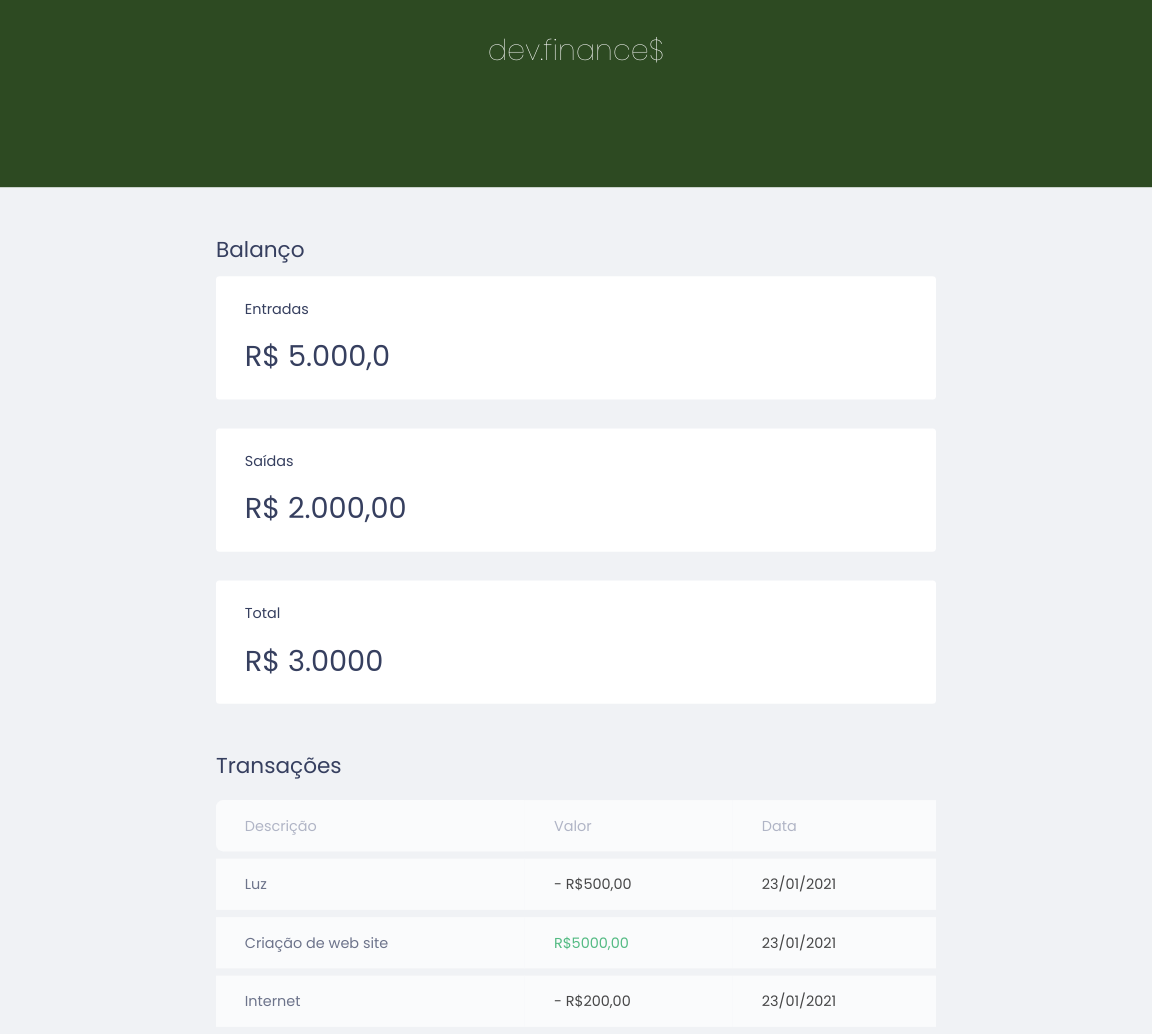
Repository: rafaelmgr12/maratona-dev01
Page: index.html
An editor plug-in stored every save of this project. The page is shown before and after the next save, followed by the edit.
The browser window is 1280 px wide. The pictures show the whole page, at 90% of full size.

Above is the page before, as saved 2021-04-26 21:02:12.

### index.html
<!DOCTYPE html>
<html lang="pt-br">
  <head>
    <meta charset="UTF-8" />
    <meta http-equiv="X-UA-Compatible" content="IE=edge" />
    <meta name="viewport" content="width=device-width, initial-scale=1.0" />
    <title>Rafael-app.finance$</title>
    <link rel="stylesheet" href="style.css">
    <link rel="preconnect" href="https://fonts.gstatic.com">
    <link href="https://fonts.googleapis.com/css2?family=Poppins:ital,wght@0,100;0,400;0,700;1,100;1,400;1,700&display=swap" rel="stylesheet">
  </head>
  <body>
    <header><h1 id = "logo">dev.finance$</h1></header>
    <main class = "container">
      <section id="balance">
        <h2>Balanço</h2>
        <div class = "card">
          <h3>Entradas</h3>
          <p>R$ 5.000,0</p>
        </div>
        <div class = "card">
          <h3>Saídas</h3>
          <p>R$ 2.000,00</p>
        </div>
        <div class="card">
          <h3>Total</h3>
          <p>R$ 3.0000</p>
        </div>
      </section>
      <section id = "transaction">
        <h2>Transações</h2>
        <table id= "data-table">
          <thead>
            <tr>
              <th>Descrição</th>
              <th>Valor</th>
              <th>Data</th>
            </tr>
          </thead>
          <tbody>
            <tr>
              <td class = "description">Luz</td>
              <td class = "expense">- R$500,00</td>
              <td class = "date">23/01/2021</td>
            </tr>
            <tr>
              <td class = "description">Criação de web site</td>
              <td class = "income">R$5000,00</td>
              <td class = "date">23/01/2021</td>
            </tr>
            <tr>
              <td class = "description">Internet</td>
              <td class = "expense">- R$200,00</td>
              <td class = "date">23/01/2021</td>
            </tr>
          </tbody>
        </table>
      </section>
    </main>
    <footer></footer>
  </body>
</html>

### style.css
/* Global ======================================== */
:root {
  --dark-blue: #363f5f;
}
* {
  margin: 0;
  padding: 0;
  box-sizing: border-box;
}

body {
  background: #f0f2f5;
  font-family: "Poppins", sans-serif;
}
.container {
  width: min(90vw, 800px);
  margin: auto;
}
/* Titles ======================================== */
h2 {
  margin-top: 3.2rem;
  margin-bottom: 0.8rem;
  color: var(--dark-blue);

  font-weight: normal;
}

/* Header ======================================== */
header {
  background: #2d4a22;
  padding: 2rem 0 8rem;
  text-align: center;
}

#logo {
  color: #fff;
  font-weight: 100;
}

/* Balance ======================================== */
balance {
  margin-top: -8rem;
}

balance h2 {
  color: white;
  margin-top: 0;
}

/* Cards ======================================== */

.card {
  background: white;
  padding: 1.5rem 2rem;
  border-radius: 0.25rem;

  margin-bottom: 2rem;

  color: var(--dark-blue);
}

.card h3 {
  font-weight: normal;
  font-size: 1rem;
}

.card p {
  font-size: 2rem;
  line-height: 3rem;

  margin-top: 1rem;
}

.card.total {
  background: #49aa26;
  color: white;
}
/* Table  ======================================== */
#data-table {
  width: 100%;
  border-spacing: 0 0.5rem;
}
table thead tr th:first-child,
table thead tr td:first-child {
  border-radius: 0.5rem 0 0 0.5rem;
}

table th {
  background: white;
  color: #969cb3;
  font-weight: normal;
  padding: 1rem 2rem;
  text-align: left;
}
table tr {
  opacity: 0.7;
}
table tr:hover {
  opacity: 1;
}
table tbody td {
  background: white;
  padding: 1rem 2rem;
}

td.description {
    color: var(--dark-blue)
}

td.income{
    color : #12a454;
}

/* footer ======================================== */
footer {
  text-align: center;
}

After the next save:
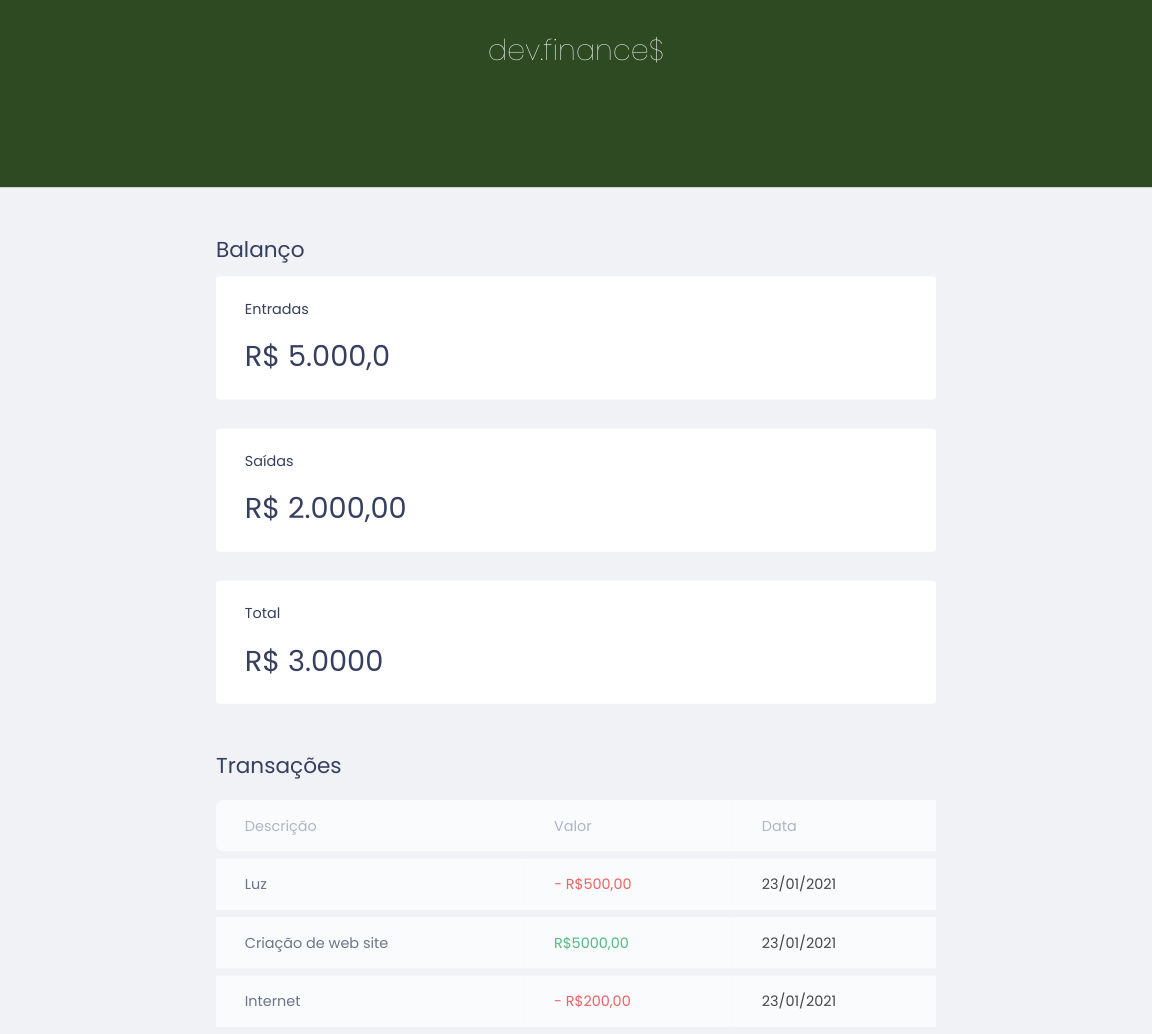
Saved 26 s later.
--- a/style.css
+++ b/style.css
@@ -104,11 +104,14 @@ table tbody td {
 }
 
 td.description {
-    color: var(--dark-blue)
+  color: var(--dark-blue);
 }
 
-td.income{
-    color : #12a454;
+td.income {
+  color: #12a454;
+}
+td.expense {
+    color : #e92929;
 }
 
 /* footer ======================================== */
